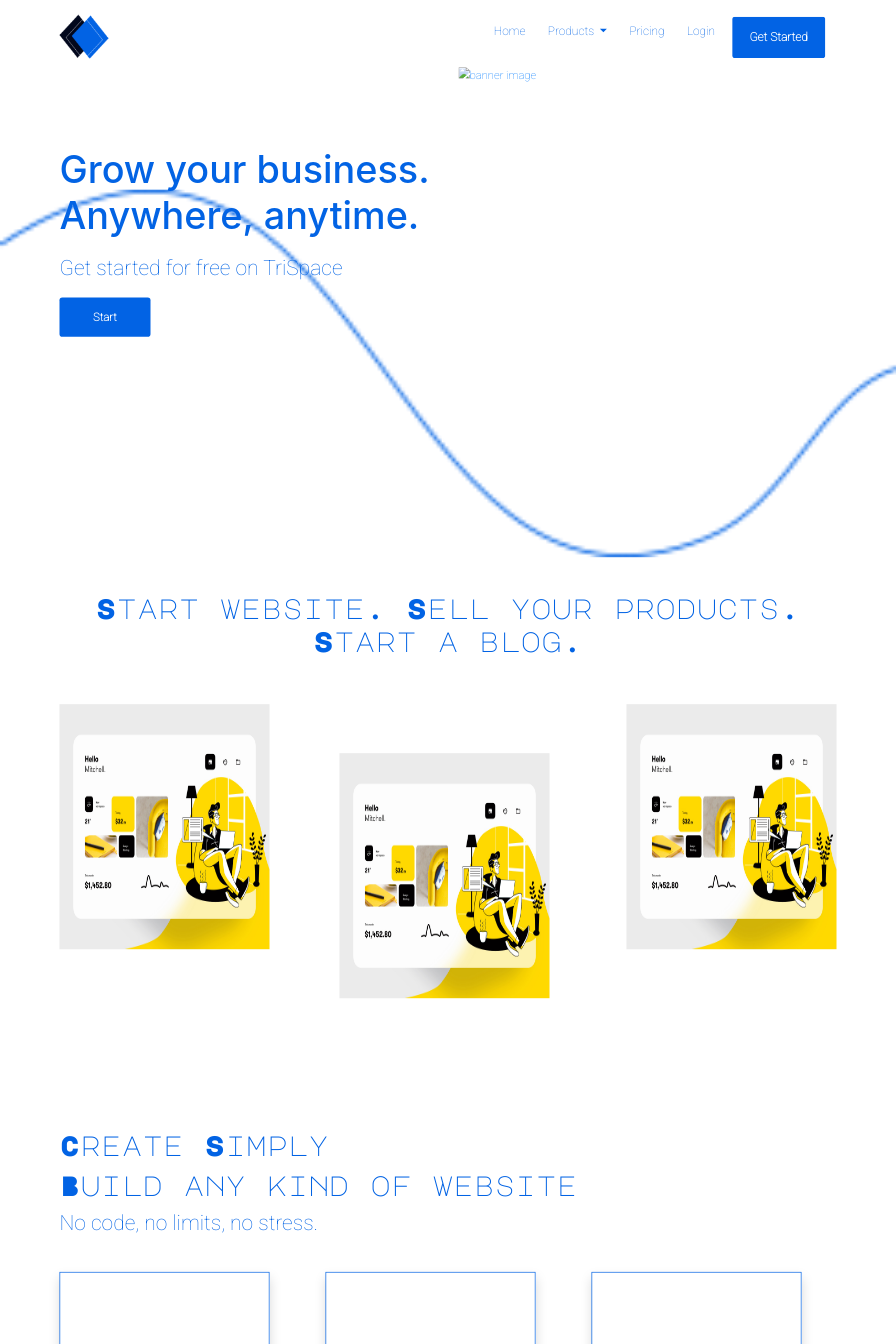
Repository: latenightsnacc/TriSpace
Page: HTML/index.html
An editor plug-in stored every save of this project. The page is shown before and after the next save, followed by the edit.
The browser window is 1280 px wide. The pictures show the part of the page from y = 0 to 1920 px (the page is 5158 px tall), at 70% of full size.
The style sheet was rebuilt from its Sass, Less or Tailwind sources for each picture, by a compiler version that may differ from the author's.

Above is the page before, as saved 2020-11-12 11:32:38.

After the next save:
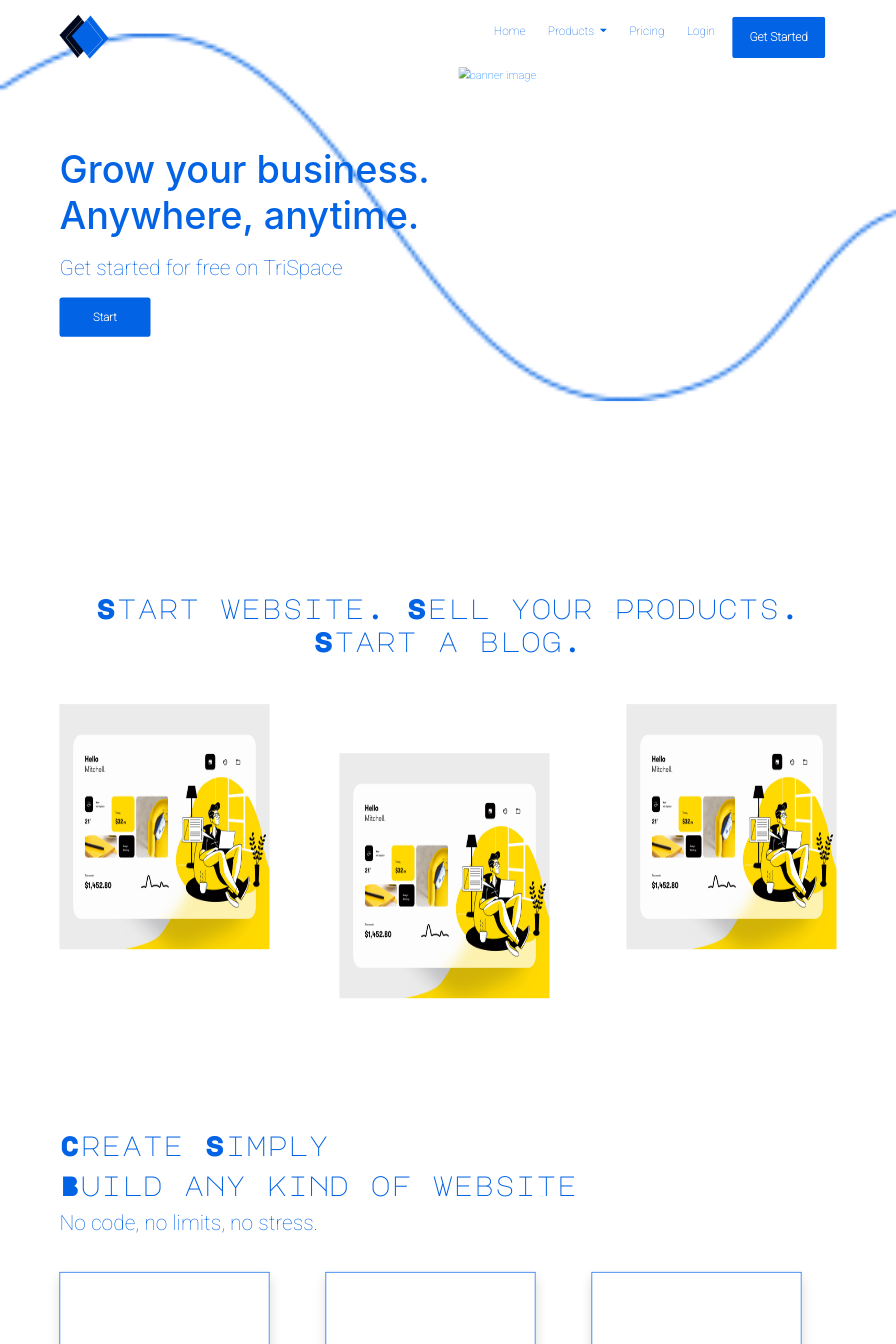
Saved 20 s later.
--- a/HTML/styles/stylesheet.scss
+++ b/HTML/styles/stylesheet.scss
@@ -46,7 +46,7 @@ section#banner {
     background: url('/HTML/assets/WaLine.png') ;
     background-size: contain;
     background-repeat: no-repeat;
-    background-position: bottom;
+
 }
 .banner-txt {
     h1 {
